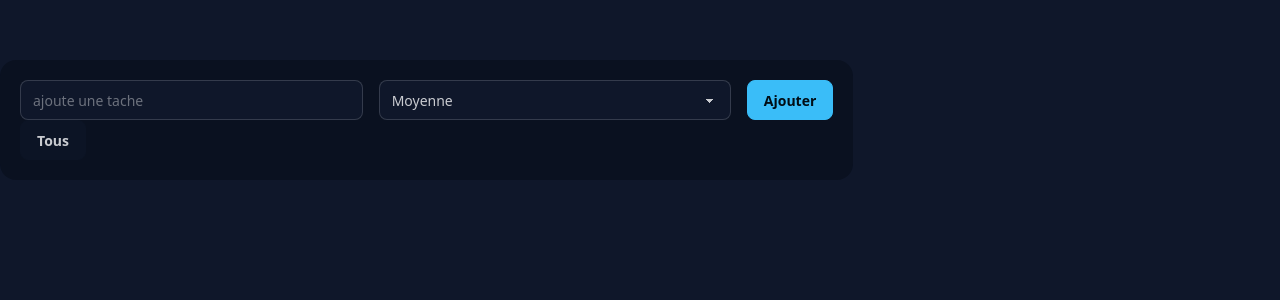
Repository: gradi243/react_ex_tuto
Page: /
An editor plug-in stored every save of this project. The page is shown before and after the next save, followed by the edit.
The browser window is 1280 px wide. The pictures show the whole page.
The project was rebuilt for these pictures with package versions that can differ from the ones it lists, and the page was loaded fresh each time. Also part of the build but not shown: vite.config.ts.

Above is the page before, as saved 2025-09-14 01:25:10.

### index.html
<!doctype html>
<html lang="en" data-theme="night">
  <head>
    <meta charset="UTF-8" />
    <link rel="icon" type="image/svg+xml" href="/vite.svg" />
    <meta name="viewport" content="width=device-width, initial-scale=1.0" />
    <title>Vite + React + TS</title>
  </head>
  <body>
    <div id="root"></div>
    <script type="module" src="/src/main.tsx"></script>
  </body>
</html>

### src/index.css
@import "tailwindcss";
@plugin "daisyui";

 @plugin "daisyui" {
   themes:night;
 }
/* You can add global styles to this file, and also import other style files */

### src/App.tsx
import { useEffect, useState } from "react";


type Priority="Urigente"|"Moyenne"|"Basse"

type Todo={
  id: number;
  text:string;
  priority:Priority
}


function App(){
  const[input,setInput]=useState<string>("")
  const[priority,setPriority]= useState<Priority>("Moyenne")


  const savedTodos=localStorage.getItem("todos")
  const  initialTodos=savedTodos?JSON.parse(savedTodos):[]
  const [todos,setTodos]=useState<Todo[]>(initialTodos)

  const [filtere,setFilter]=useState< Priority |"Tous">("Tous")

  useEffect(() => {
    localStorage.setItem("todos",JSON.stringify(todos))
  },[todos])

  function addTodo(){
    if(input.trim()==""){
       return
    }

    const newTodo:Todo={
      id:Date.now(),
      text:input.trim(),
      priority:priority
    }

    const newtodos=[newTodo,...todos]
    setTodos(newtodos)
    setInput("")
    setPriority("Moyenne")
    console.log(newtodos)

  }

  let filteredTodos: Todo[] = [];
  return(
    <div className="flex justify-cente">
      <div className="w-2/3 flex-col gap-4 my-15 bg-base-300 p-5 rounded-2xl">
        <div className="flex gap-4">
          <input
          type="text"
          className="input w-full"
          placeholder="ajoute une tache"
          value={input}
         onChange={(e)=>setInput(e.target.value)}
          />

          <select
          className="select w-full"
          value={priority}
          onChange={(e)=>setPriority(e.target.value as Priority)}
          >
            <option value="Urigente">Urigente</option>
            <option value="Moyenne">Moyenne</option>
            <option value="Basse">Basse</option>
          </select>

          <button onClick={addTodo} className="btn btn-primary">Ajouter</button>
        </div>
        <div className="space-y-2 flex-1 h-fit">
          <div className="flex flex-wrap gap-4">
            <button
              className={`btn ${filtere==="Urigente"?"btn-active":""}`}
            >
              Tous
            </button>
          </div>
        </div>

      </div>
    </div>
  )
}

export default App

Loaded but not shown: src/main.tsx (common file)

After the next save:
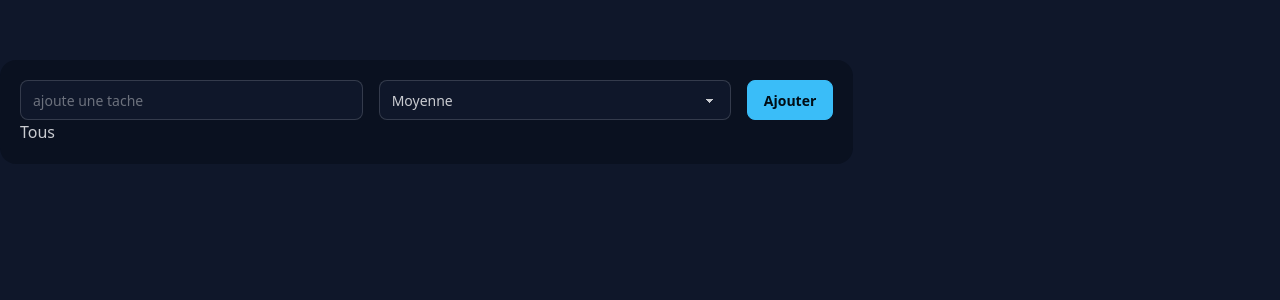
Saved 46 s later.
--- a/src/App.tsx
+++ b/src/App.tsx
@@ -72,7 +72,7 @@
         <div className="space-y-2 flex-1 h-fit">
           <div className="flex flex-wrap gap-4">
             <button
-              className={`btn ${filtere==="Urigente"?"btn-active":""}`}
+              className={``}
             >
               Tous
             </button>

After the 6 saves that followed:
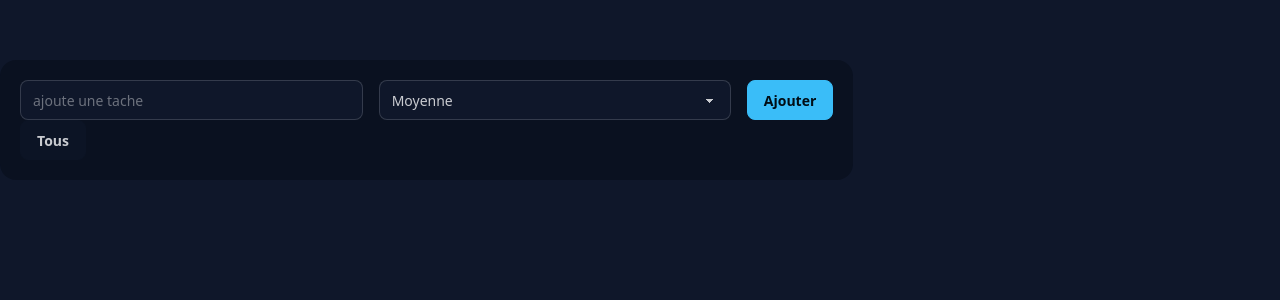
The 6 saves are shown as one change because they came seconds apart.
The last was saved 20 s later.
--- a/src/App.tsx
+++ b/src/App.tsx
@@ -72,7 +72,7 @@
         <div className="space-y-2 flex-1 h-fit">
           <div className="flex flex-wrap gap-4">
             <button
-              className={``}
+              className={`btn btn`}
             >
               Tous
             </button>
